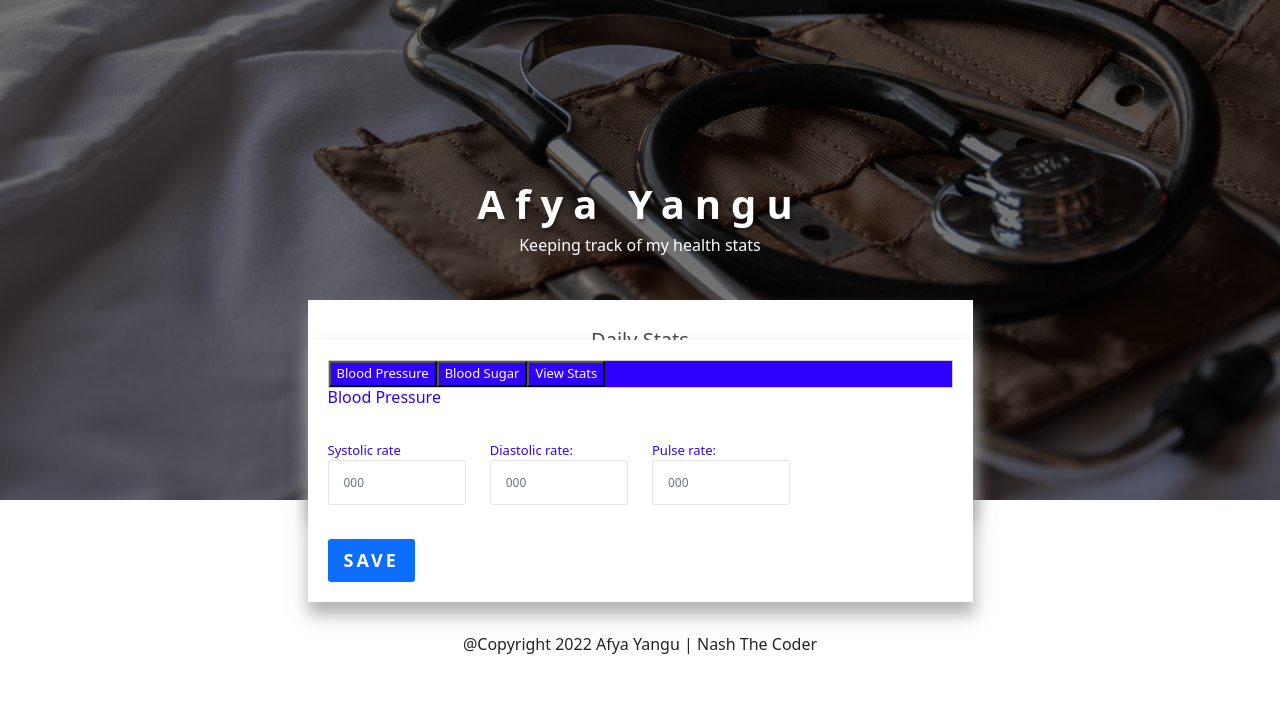
Repository: nashthecoder/afya_yangu
Page: / (app in client/)
An editor plug-in stored every save of this project. The page is shown before and after a run of saves, followed by the edit.
The browser window is 1280 px wide. The pictures show the whole page.
The project was rebuilt for these pictures with package versions that can differ from the ones it lists, and the page was loaded fresh each time.

Above is the page before, as saved 2022-03-17 09:07:10.

After the next 2 saves:
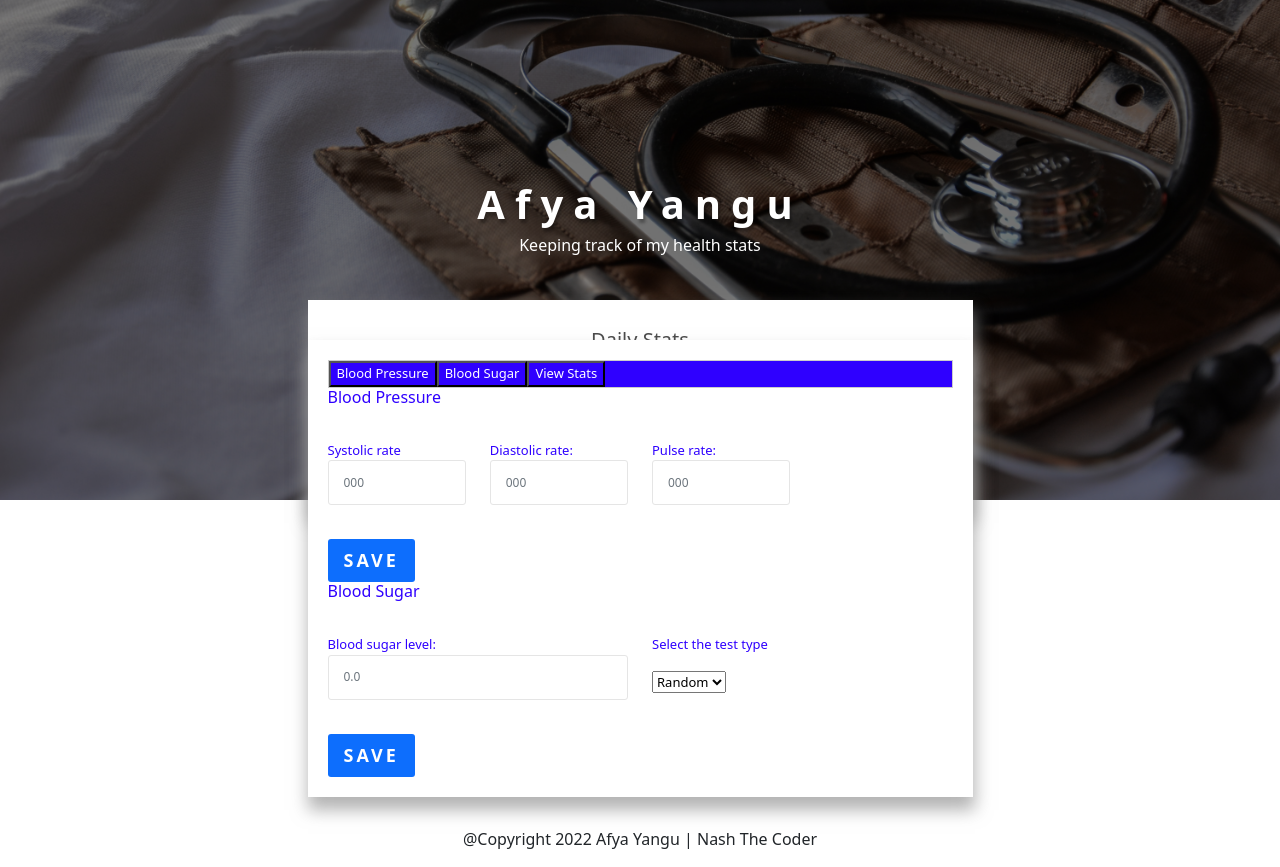
The 2 saves are shown as one change because they came seconds apart.
The last was saved 9 s later.
--- a/client/src/components/Form.js
+++ b/client/src/components/Form.js
@@ -18,6 +18,7 @@ const Form = () => {
                                     <button className="tablinks">View Stats</button>
                                 </div>
                                 < Tab1 />
+                                < Tab2 />
                             </div>
                         </div>
                     </div>
